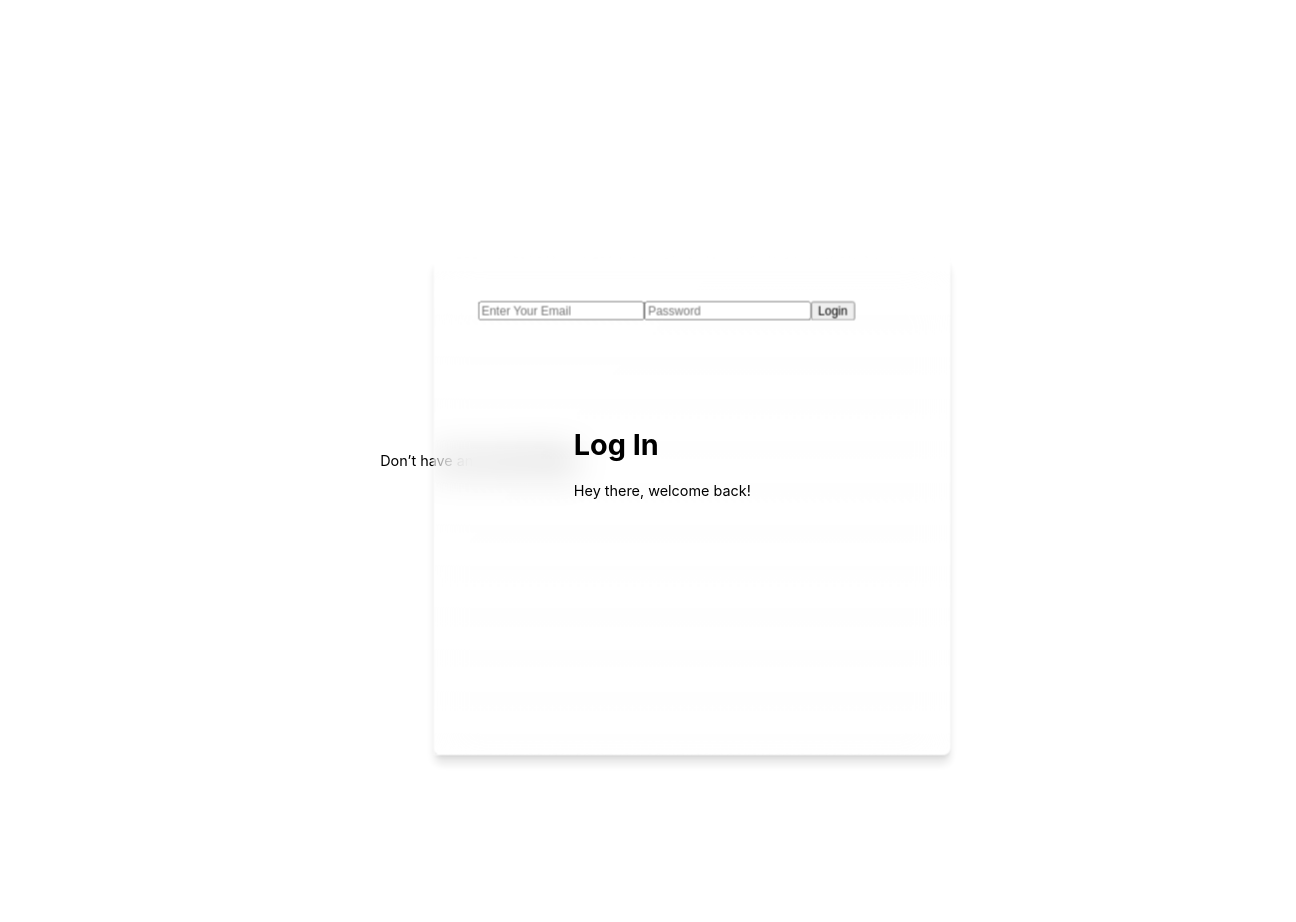
Repository: AfifaNoor/Admin_Panel-React-
Page: /
An editor plug-in stored every save of this project. The page is shown before and after the next save, followed by the edit.
The browser window is 1280 px wide. The page is 1440 px wide, so the pictures cover 1440 px, including what lies to the right of the window. The pictures show the whole page, at 90% of full size.
The project was rebuilt for these pictures with package versions that can differ from the ones it lists, and the page was loaded fresh each time. Also part of the build but not shown: src/SignUp.jsx.

Above is the page before, as saved 2025-07-10 14:43:45.

After the next save:
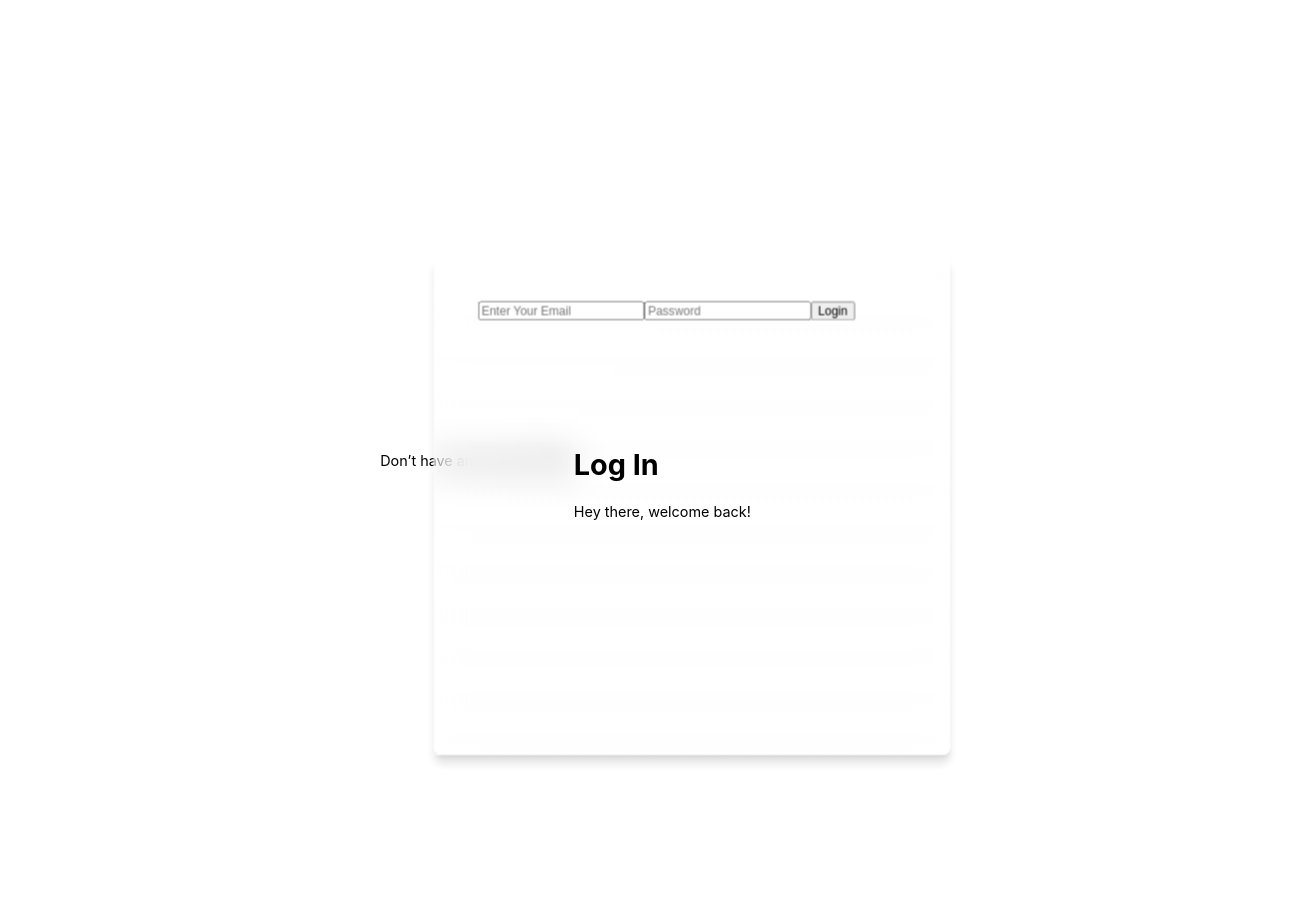
Saved 9 s later.
--- a/src/LoginPage.css
+++ b/src/LoginPage.css
@@ -52,5 +52,6 @@ box-shadow:
 .title{
   z-index: 3;
   width: 380px;
+  height: 72px;
 
 }
